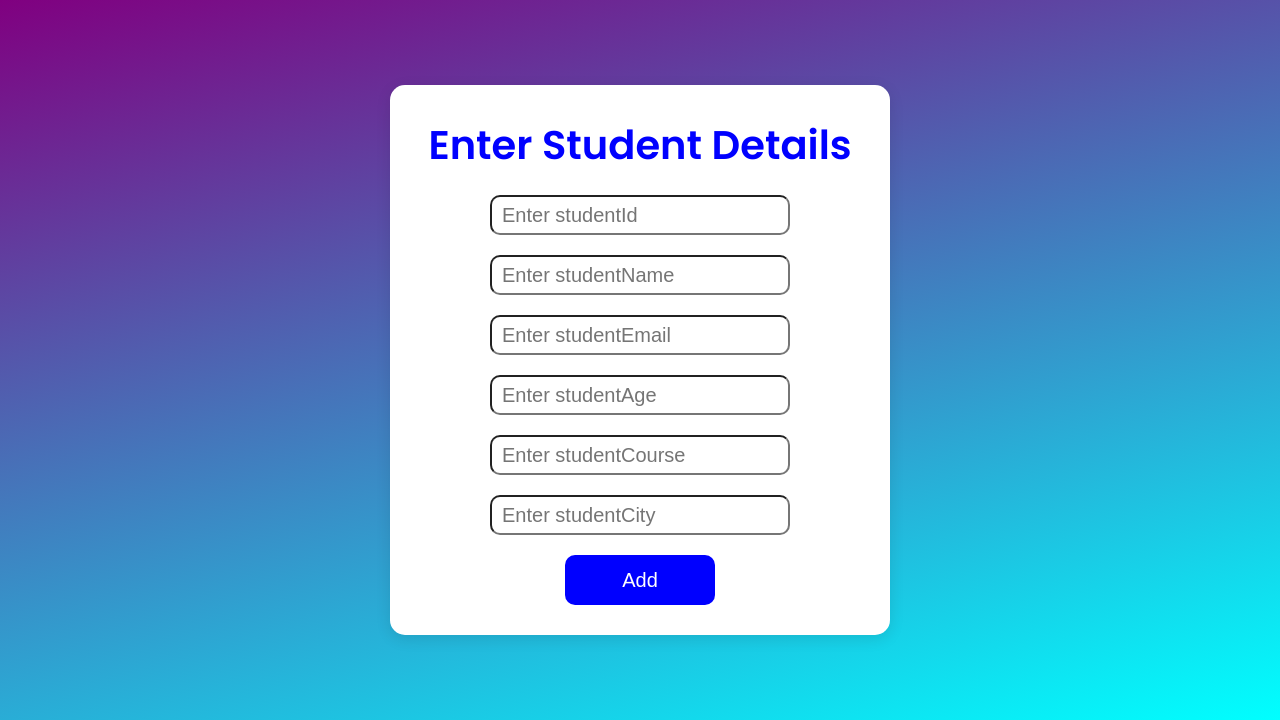
Repository: Dhirajkumar02/Advance-Java--J2EE-
Page: http://localhost/ServletProject_Student-Management-System/AddStudent.jsp
An editor plug-in stored every save of this project. The page is shown before and after the next save, followed by the edit.
The browser window is 1280 px wide. The pictures show the whole page.
The page is served by Tomcat 9. Other server files are loaded and not shown.

Above is the page before, as saved 2024-11-19 17:31:56.

### ServletProject_Student-Management-System/src/main/webapp/AddStudent.jsp
<%@ page language="java" contentType="text/html; charset=UTF-8"
	pageEncoding="UTF-8"%>
<!DOCTYPE html>
<html>
<head>
<meta charset="UTF-8">
<title>Add Student Details</title>

<!-- Google Fonts -->
<link
	href="https://fonts.googleapis.com/css2?family=Poppins:wght@400;600&display=swap"
	rel="stylesheet">


<style>
* {
	box-sizing: border-box;
	margin: 0;
	padding: 0;
}

body {
	font-family: 'Poppins', sans-serif;
	height: 100vh;
	display: flex;
	justify-content: center;
	align-items: center;
	background: linear-gradient(165deg, purple, aqua);
}

form {
	/*   border: 2px solid black; */
	background: #fff;
	padding: 30px;
    width: 100%;
    max-width: 500px;
	display: flex;
	justify-content: center;
	align-items: center;
	flex-direction: column;
	gap: 20px;
	border-radius: 15px;
	box-shadow: 0 4px 15px rgba(0, 0, 0, 0.1);
}

h1 {
	font-size: 40px;
	color: blue;
}

input {
	height: 40px;
	width: 300px;
	padding-left: 10px;
	font-size: 20px;
	border-radius: 10px;
}

#add_btn {
	height: 50px;
	width: 150px;
	background-color: blue;
	color: #fff;
	border: none;
	font-size: 20px;
	border-radius: 10px;
	cursor: pointer;
}
</style>
</head>
<body>
	<form action="add-student" method="post">
		<div>
			<h1>Enter Student Details</h1>
		</div>
		<div>
			<input type="number" placeholder="Enter studentId" name="studentId">
		</div>

		<div>
			<input type="text" placeholder="Enter studentName" name="studentName">
		</div>

		<div>
			<input type="text" placeholder="Enter studentEmail"
				name="studentEmail">
		</div>

		<div>
			<input type="number" placeholder="Enter studentAge" name="studentAge">
		</div>

		<div>
			<input type="text" placeholder="Enter studentCourse"
				name="studentCourse">
		</div>

		<div>
			<input type="text" placeholder="Enter studentCity" name="studentCity">
		</div>

		<div>
			<button type="submit" id="add_btn" value="Add">Add</button>
		</div>

	</form>
</body>
</body>
</html>

After the next save:
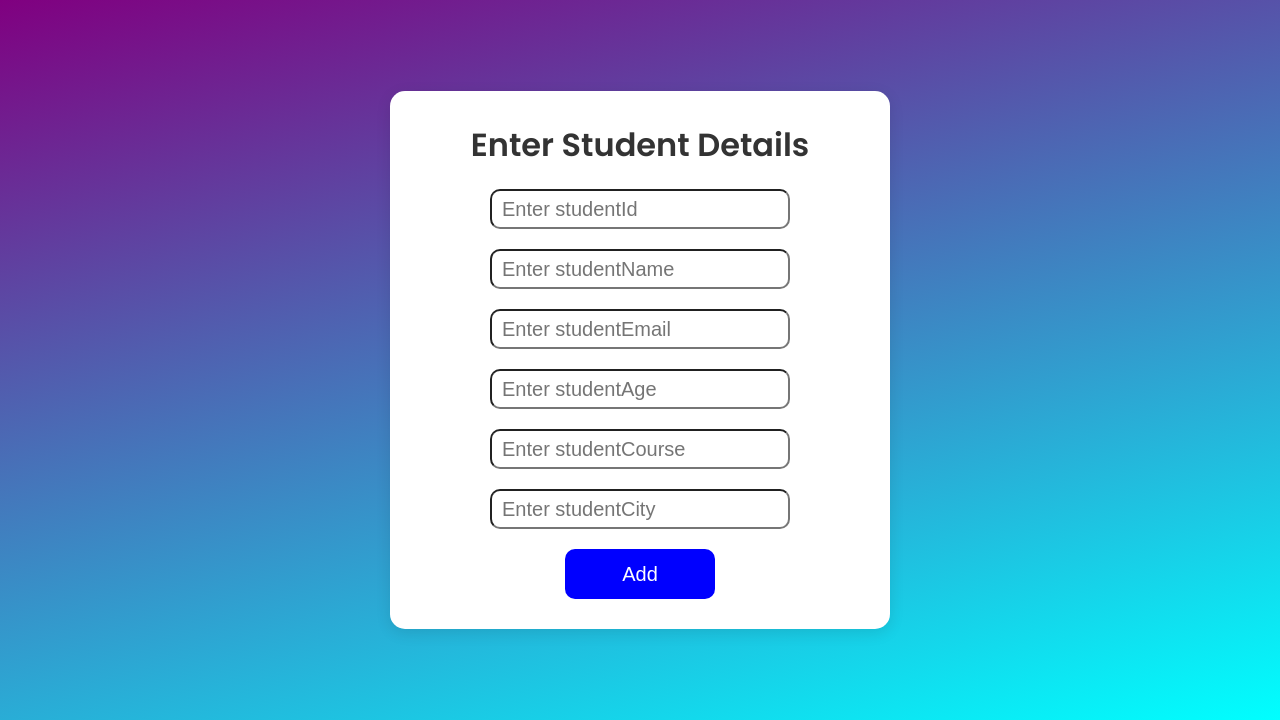
Saved 37 s later.
--- a/ServletProject_Student-Management-System/src/main/webapp/AddStudent.jsp
+++ b/ServletProject_Student-Management-System/src/main/webapp/AddStudent.jsp
@@ -44,8 +44,10 @@
 }
 
 h1 {
-	font-size: 40px;
-	color: blue;
+	font-size: 2rem;
+    color: #333;
+    text-align: center;
+    font-weight: 600;
 }
 
 input {
